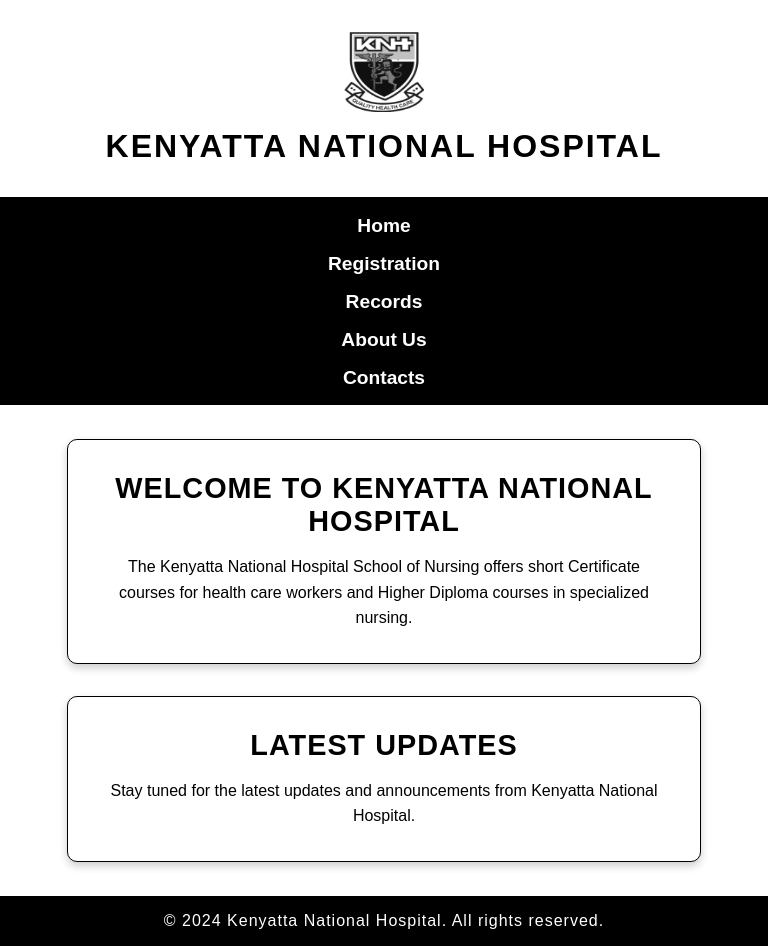
Repository: EphrahimLaanyu123/wsp
Page: index.html
The author's editor kept a copy of each file at every save. The page is drawn from the files as they stood at one save, then again after the next save.
The browser window is 768 px wide. The pictures show the whole page.

Above is the page before, as saved 2025-03-14 08:59:26.

After the next save:
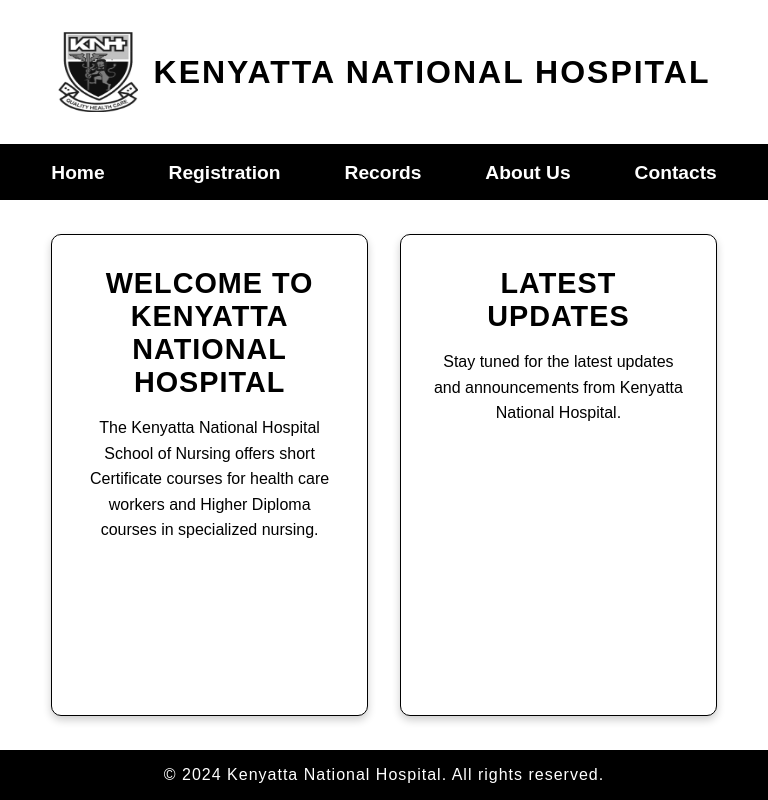
Saved 6 s later.
--- a/styles.css
+++ b/styles.css
@@ -122,25 +122,3 @@
     font-size: 1rem;
     letter-spacing: 1px;
 }
-
-/* Responsive Design */
-@media (max-width: 768px) {
-    .sectionaside {
-        flex-direction: column;
-        align-items: center;
-    }
-
-    .section, .aside {
-        max-width: 90%;
-    }
-
-    .header-content {
-        flex-direction: column;
-        text-align: center;
-    }
-
-    .nav ul {
-        flex-direction: column;
-        gap: 1rem;
-    }
-}
